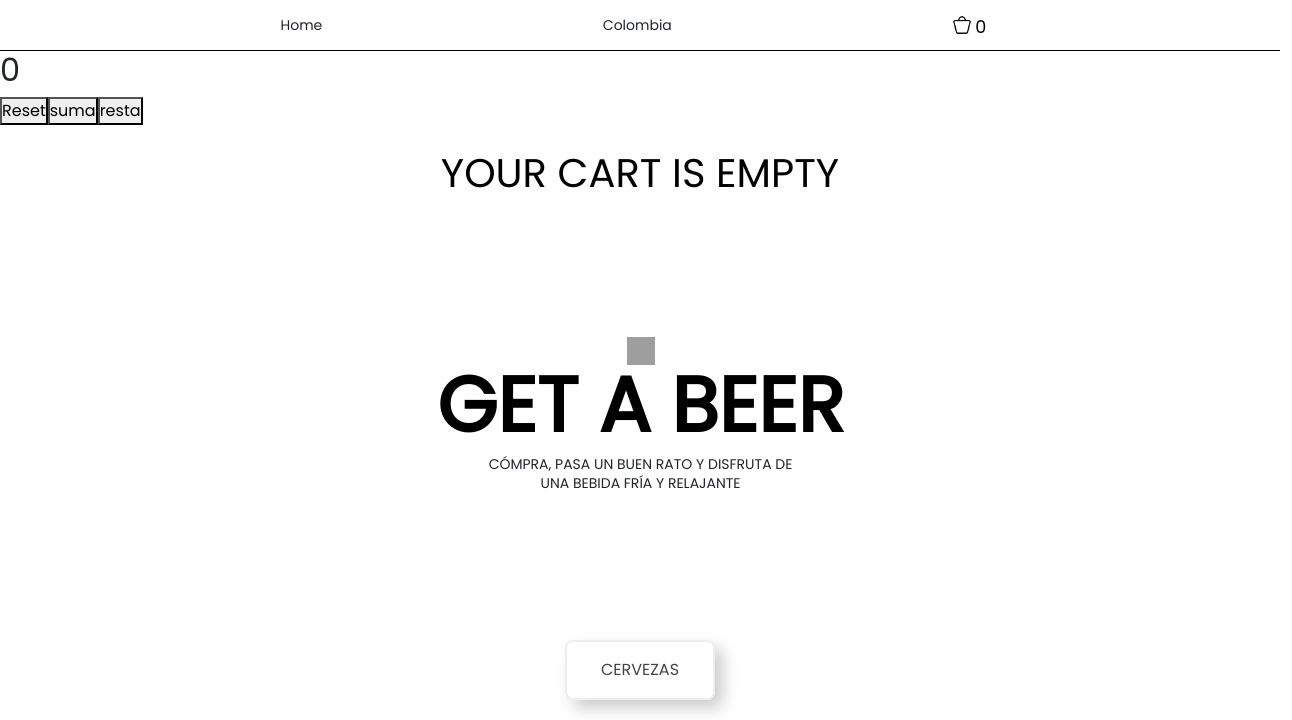
Repository: L-A-M-J-O/React-Ecommerce
Page: /Cart (app in my-app/)
The author's editor kept a copy of each file at every save. The page is drawn from the files as they stood at one save, then again after a run of saves.
The browser window is 1280 px wide. The page is 1292 px wide, so the pictures cover 1292 px, including what lies to the right of the window. The pictures show the whole page.
Pictures or frames that could not be fetched are drawn as grey boxes. The page's requests for data from a server got no answer. The project was rebuilt for these pictures with package versions that can differ from the ones it lists, and the page was loaded fresh each time. No one was signed in, and anything a server would have sent is missing. Also part of the build but not shown: my-app/src/components/ItemListContainer/ItemListContainer.css, my-app/src/components/Item/Item.css, my-app/src/components/Item/Item.js, my-app/src/components/ItemList/ItemList.js, my-app/src/service/firebase/index.js, my-app/src/components/ItemListContainer/ItemListContainer.js, my-app/src/components/ItemDetail/ItemDetail.css, my-app/src/components/ItemCount/ItemCount.css and 6 more.

Above is the page before, as saved 2022-09-26 02:21:36.

After the next 2 saves:
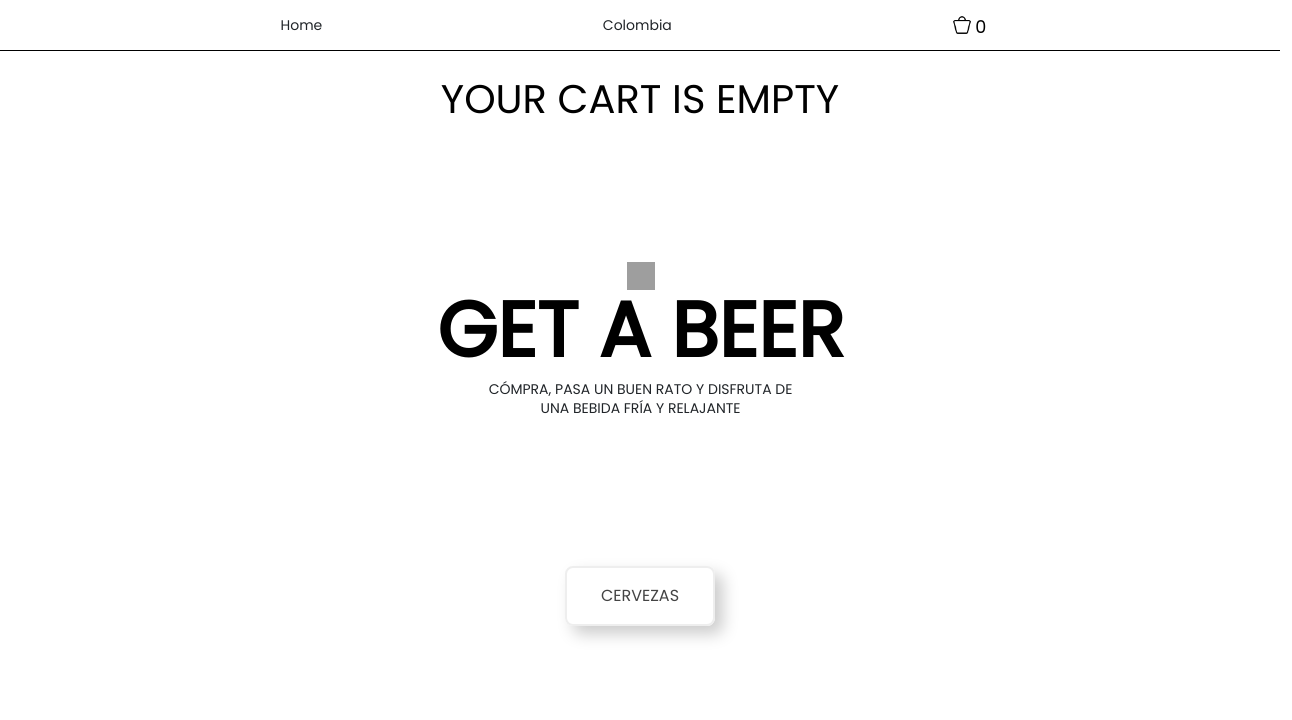
The 2 saves are shown as one change because they came seconds apart.
The last was saved 35 s later.
--- a/my-app/src/App.js
+++ b/my-app/src/App.js
@@ -8,23 +8,14 @@
 
 import { BrowserRouter, Routes, Route } from "react-router-dom";
 import { CartContextProvider } from './context/CartContext';
-import { useState } from 'react';
 
 function App() {
-
-  const [click, setClick] = useState (0);
-
-
 
   return (
     <div className="App">
       <CartContextProvider>
         <BrowserRouter>
           <NavbarMain/>
-          <h2>{click}</h2>
-          <button onClick={() => setClick(0)}>Reset</button>
-          <button onClick={() => setClick(suma => suma + 1)}>suma</button>
-          <button onClick={() => setClick(resta => resta = 0)}>resta</button>
           <Routes className='main'>
           <Route path="/" element={<Banner/>}/>
             <Route path='/country' element={<Colombia/>}/>
